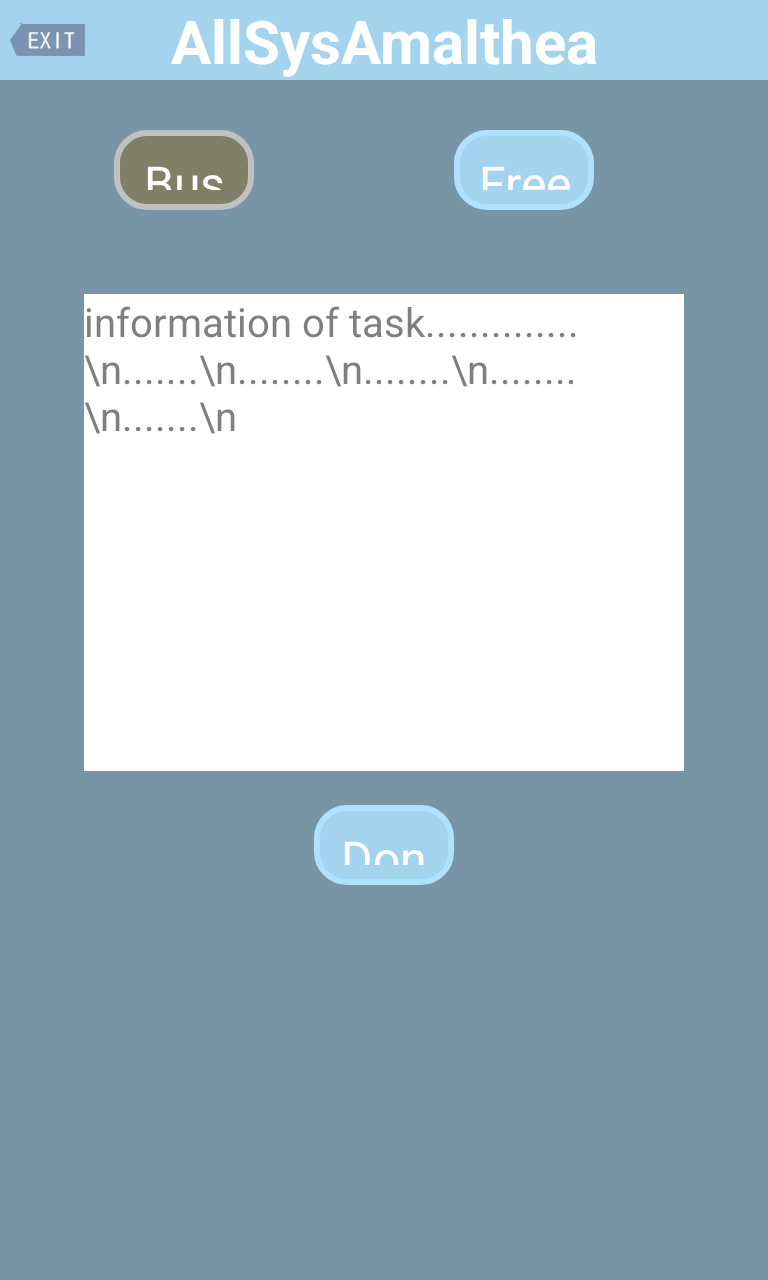
Repository: AllSysAmalthea/AllSys
Layout: APP/AppUI code/代码/Allsys/res/layout/activity_voluteer.xml
An editor plug-in stored every save of this project. The layout is shown before and after the next save, followed by the edit.
It is drawn on a 768 x 1280 px phone screen (xhdpi) without system bars, with theme android:Theme.NoTitleBar; the app's code is not run.

Above is the layout before, as saved 2015-06-08 02:52:30.

After the next save:
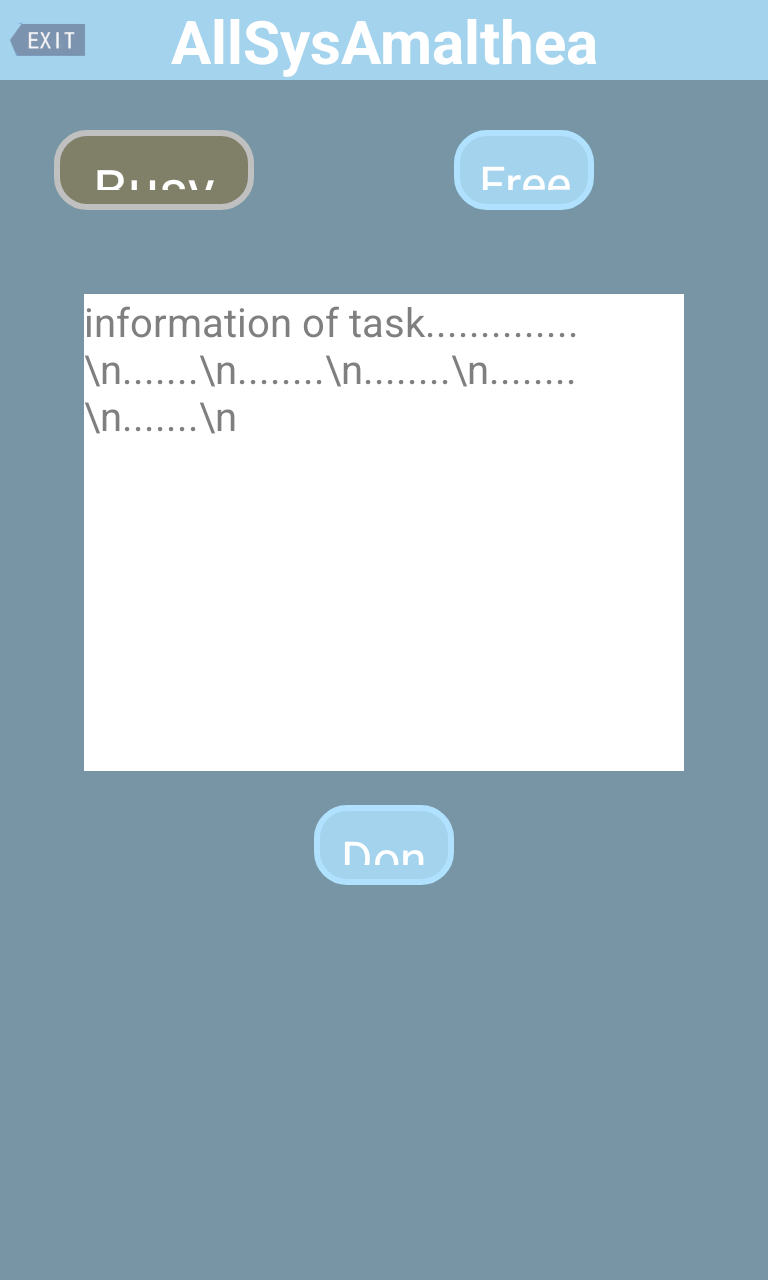
Saved 17 s later.
--- a/APP/AppUI code/代码/Allsys/res/layout/activity_voluteer.xml
+++ b/APP/AppUI code/代码/Allsys/res/layout/activity_voluteer.xml
@@ -73,7 +73,7 @@
 
 		<Button
 		    android:id="@+id/Busy"
-		    android:layout_width="140px"
+		    android:layout_width="200px"
 		    android:layout_height="80px"
 		    android:layout_below="@+id/linearLayout1"
 		    android:layout_marginRight="30dp"
@@ -82,7 +82,7 @@
 		    android:background="@drawable/shape"
 		    android:text="Busy"
 		    android:textColor="#ffffff"
-		    android:textSize="24sp" />
+		    android:textSize="28sp" />
 
 		<Button
 		    android:id="@+id/Free"
